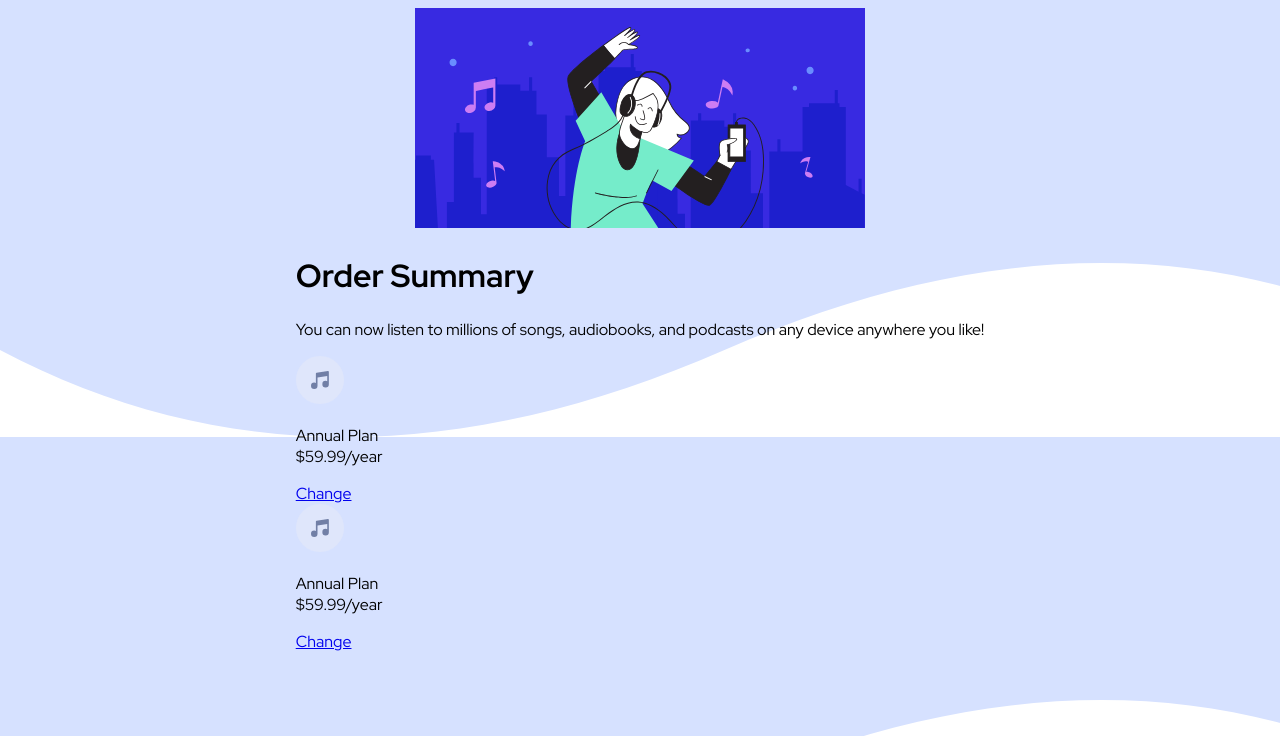
Repository: Pawan-pediredla/frontend-mentors
Page: order-summary-card/order-summary-component-main/markup/index.html
These files come from the project's save history. The page is drawn as it stood at one moment and after the next save; the edit follows.
The browser window is 1280 px wide. The pictures show the whole page.

Above is the page before, as saved 2024-06-22 12:12:16.

### order-summary-card/order-summary-component-main/markup/index.html
<!DOCTYPE html>
<html lang="en">
<head>
  <meta charset="UTF-8">
  <meta name="viewport" content="width=device-width, initial-scale=1.0"> <!-- displays site properly based on user's device -->
  <title>Frontend Mentor | Order summary card</title>
  <link
  rel="icon"
  type="image/png"
  sizes="32x32"
  href="favicon-32x32.png"/>
<link rel="stylesheet"  href="../styling/index.css"/>
</head>
<body>
  <section class="image-container">
    <img src="illustration-hero.svg" alt="illustration-hero" />
  </section>
  <div class="container">
    <div class="content">
      <h1>Order Summary</h1>

      <p>
        You can now listen to millions of songs, audiobooks, and podcasts on
        any device anywhere you like!
      </p>

      </p>
      <section class="price">
        <img src="icon-music.svg" alt="icon-music" />
        <p>
          Annual Plan <br />
          <span>$59.99/year</span>
        </p>

        <a href="#">Change</a>
      </section>
      <section class="footer">
        <img src="icon-music.svg" alt="icon-music" />
        <p>
          Annual Plan <br />
          <span>$59.99/year</span>
        </p>
        <a href="#">Change</a>
      </section>
    </div>
  </div>
</body>
</html>

### order-summary-card/order-summary-component-main/styling/index.css
@import url("https://fonts.googleapis.com/css2?family=Red+Hat+Display:ital,wght@0,300..900;1,300..900&display=swap");

.attribution { font-size: 11px; text-align: center; }
    .attribution a { color: hsl(228, 45%, 44%); }
    :root {
        --pale-blue: #e0e8ff;
        --bright-blue: #3829e0;
        --very-pale-blue: #f5f7ff;
        --desaturated-blue: #7280a7;
        --dark-blue: #1f2f56;
      }
      html{
        padding: 0;
        margin: 0;
        -webkit-box-sizing: border-box;
        box-sizing: border-box;
        background-image: url(../images/pattern-background-desktop.svg);
        font-family: "Red Hat Display", sans-serif;
      }
      body{
        display: flex;
        flex-direction: column;
        align-items: center;
        justify-self: center
        ;
        height: 100vh;
      }
      .container{
        display: flex;
        flex-direction: column;
        justify-content: center;
        align-items:center;
    width: ;    }

After the next save:
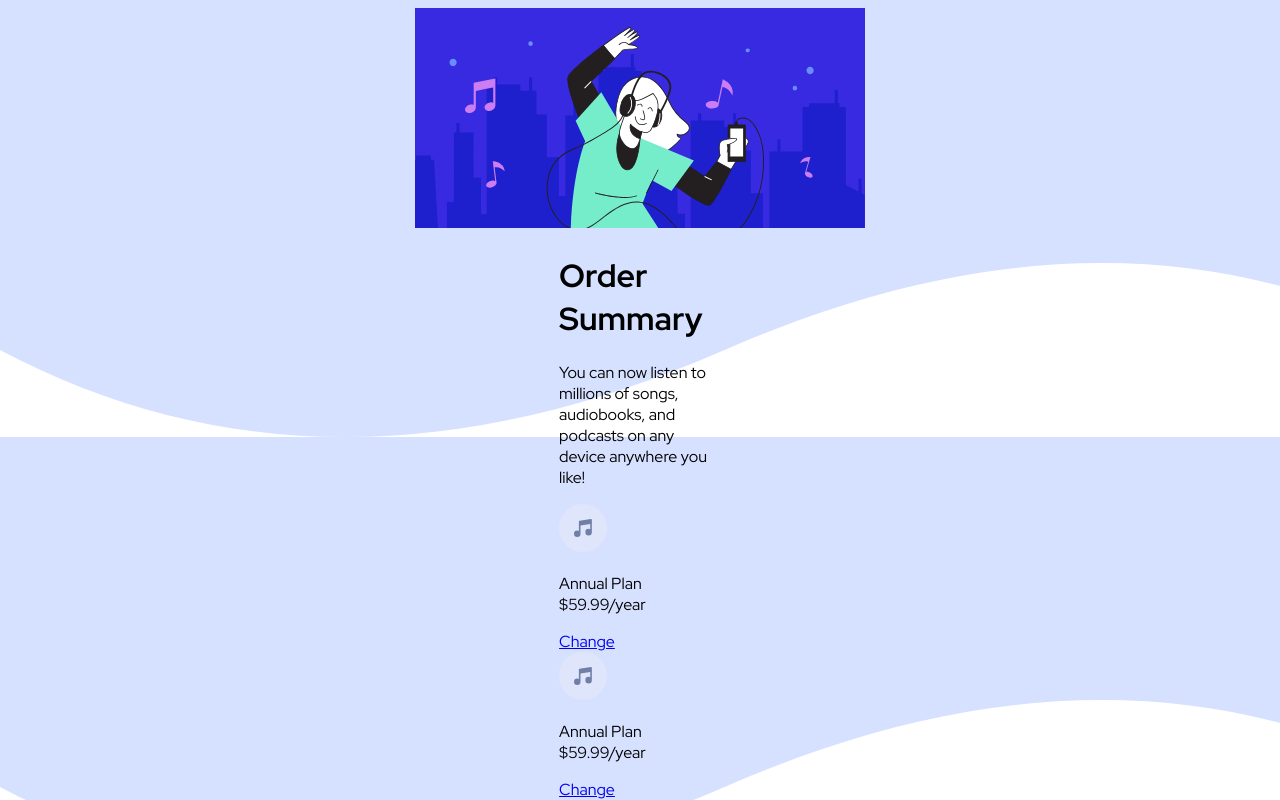
Saved 16 s later.
--- a/order-summary-card/order-summary-component-main/styling/index.css
+++ b/order-summary-card/order-summary-component-main/styling/index.css
@@ -30,4 +30,5 @@
         flex-direction: column;
         justify-content: center;
         align-items:center;
-    width: ;    }
+    width:  23.5%;
+    }
